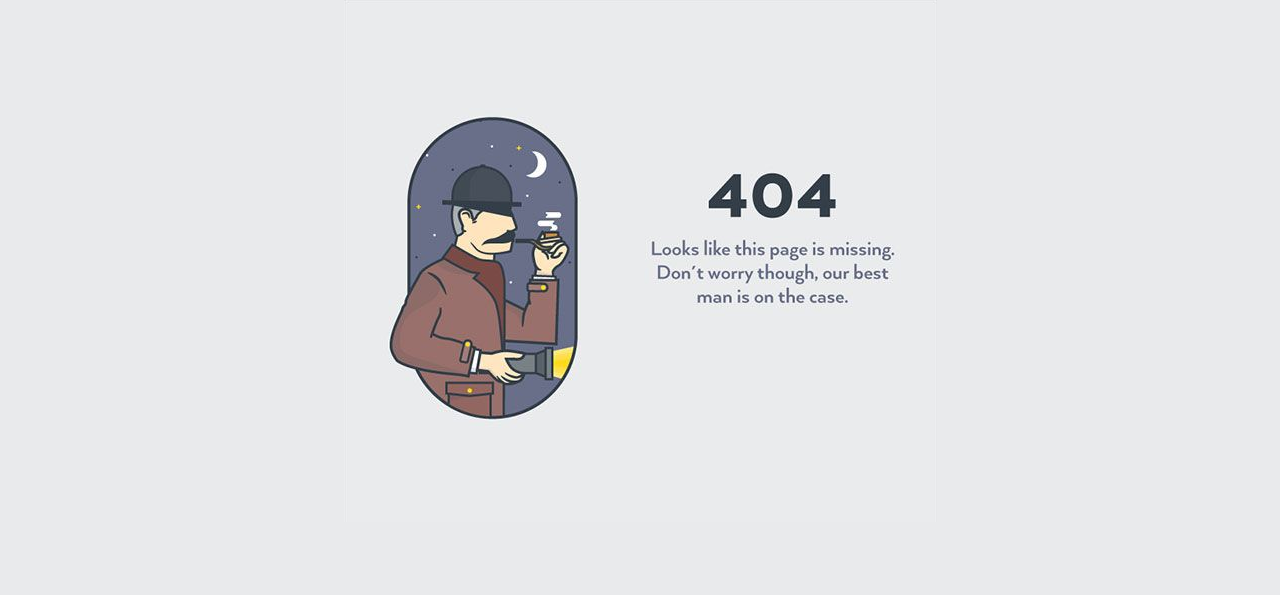
Repository: Raz-Dva/Toolpip-plugin
Page: 404.html
These files come from the project's save history. The page is drawn as it stood at one moment and after the next save; the edit follows.
The browser window is 1280 px wide. The pictures show the whole page.

Above is the page before, as saved 2021-10-21 19:19:04.

After the next save:
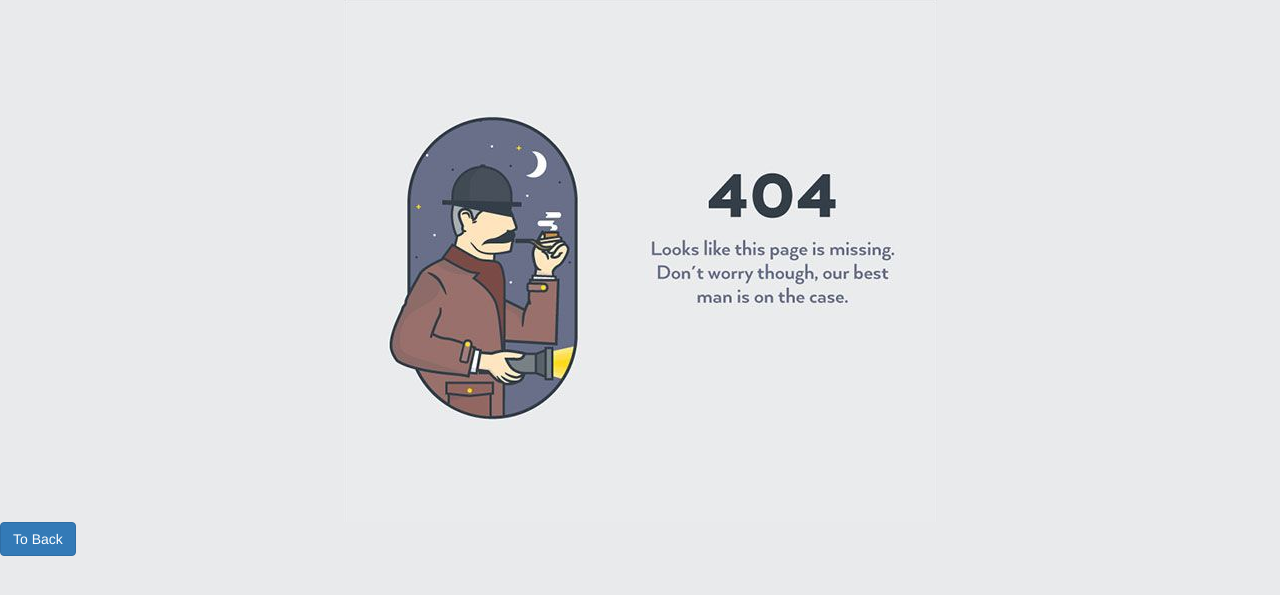
Saved 47 s later.
--- a/404.html
+++ b/404.html
@@ -14,6 +14,7 @@
   <div class="text-center">
     <img src="img/404.png" alt="">
   </div>
+  <a href="/" class="btn btn-primary">To Back</a>
 
 </body>
 
